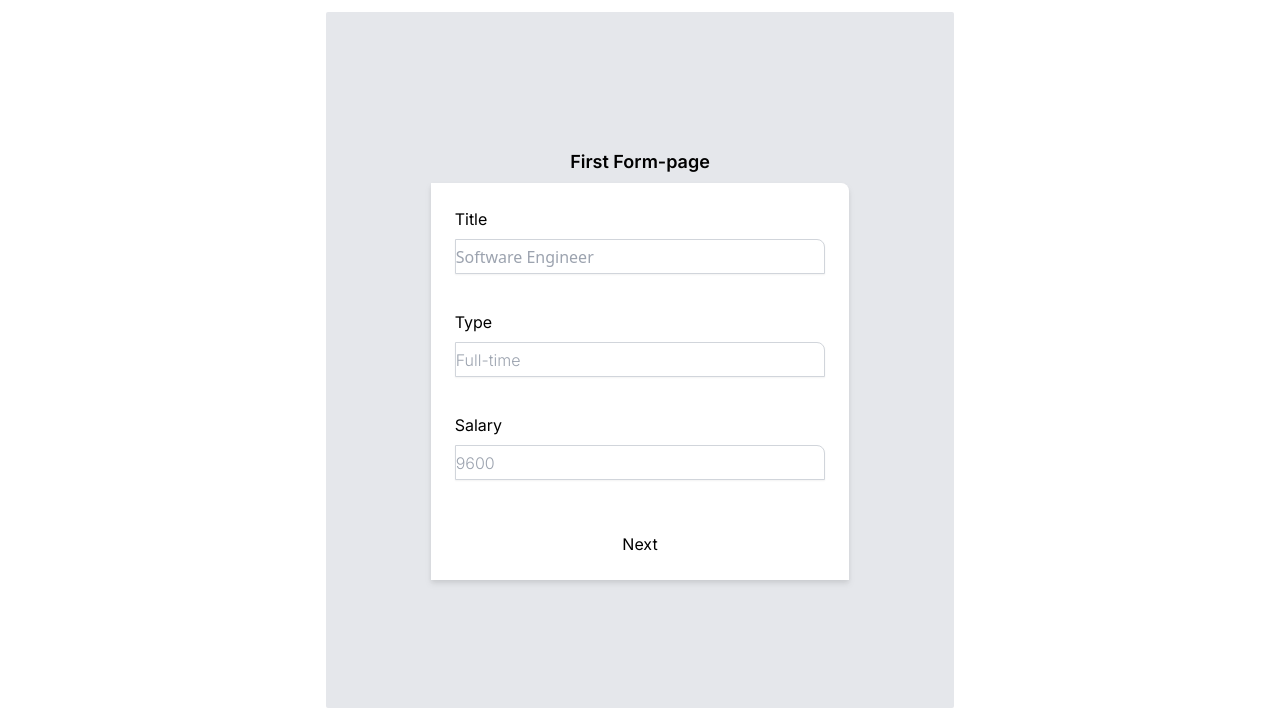
Repository: Abdibaye/Job-Sphere
Page: /form
An editor plug-in stored every save of this project. The page is shown before and after the next save, followed by the edit.
The browser window is 1280 px wide. The pictures show the whole page.
The project was rebuilt for these pictures with package versions that can differ from the ones it lists, and the page was loaded fresh each time. Also part of the build but not shown: vite.config.js, src/components/search.jsx, src/components/navbar.jsx, src/pages/descriptionpage.jsx, src/components/job.jsx, src/components/feed.jsx, src/components/saved.jsx, src/components/filter.jsx and 4 more.

Above is the page before, as saved 2025-02-23 01:18:13.

### index.html
<!doctype html>
<html lang="en">
  <head>
    <meta charset="UTF-8" />
    <link rel="icon" type="image/svg+xml" href="/vite.svg" />

    <link rel="preconnect" href="https://fonts.googleapis.com">
    <link rel="preconnect" href="https://fonts.gstatic.com" crossorigin>
    <link href="https://fonts.googleapis.com/css2?family=Inter:ital,opsz,wght@0,14..32,100..900;1,14..32,100..900&family=Open+Sans:ital,wght@0,300..800;1,300..800&family=Poppins:wght@100;200;300;400;600;700&display=swap" rel="stylesheet">

    <meta name="viewport" content="width=device-width, initial-scale=1.0" />
    <title>Vite + React</title>
  </head>
  <body>
    <div id="root"></div>
    <script type="module" src="/src/main.jsx"></script>
  </body>
</html>

### src/main.jsx
import { StrictMode } from 'react'
import { createRoot } from 'react-dom/client'
import './index.css'
import App from './App.jsx'
import Description from './pages/descriptionpage.jsx'
import HomePage from './pages/homepage.jsx'

createRoot(document.getElementById('root')).render(
  <StrictMode>
    <App />
  </StrictMode>,
)

### src/App.jsx
import Navbar from "./components/navbar";
import Description from "./pages/descriptionpage";
import HomePage from "./pages/homepage";
import LoginPage from "./pages/loginpage";
import SignUp from "./pages/Signup";
import { BrowserRouter, Routes, Route, Outlet } from "react-router-dom";
import Feed from "./components/feed";
import Forms from "./pages/formpage";

function App() {
  return (
    <BrowserRouter>
      <Routes>
        {/* Default route for login */}
        <Route path="/" element={<LoginPage />} />

        {/* Nested routes under Navbar */}
        <Route path="/navbar" element={<Navbar />}>
          <Route index element={<HomePage    />} /> {/* Default child route */}
          <Route path="description" element={<Description />} /> {/* Relative path */}
        </Route>

        {/* Signup route */}
        <Route path="/signup" element={<SignUp />} />


        <Route path='/form' element = {<Forms />} />
      </Routes>
    </BrowserRouter>
  );
}

export default App;

### src/pages/formpage.jsx
import { BrowserRouter, Routes, Route, Link, Outlet } from "react-router-dom";
import Form from "../components/form";



function Forms(){
    return(
        <>
        <div>
        <Form />
        <Outlet />
        </div>
        </>
    )


}



export default Forms;

### src/components/form.jsx
import { useFormik } from "formik";

const initialValues = {
  title: '',
  type: '',
  salary: ''
}

function Form() {
  const { values, handleBlur, handleChange, handleSubmit } = useFormik({
    initialValues: initialValues,
    onSubmit: (value) => {
      console.log(value);
    }
  });

  console.log("empty:" + values.title);

  return (
    <div className="h-screen font-inter flex justify-center p-3">
      <div className="bg-gray-200 w-1/2 rounded-sm flex flex-col justify-center items-center">
        <h1 className="m-2 font-[600] text-[18px]">First Form-page</h1>
        <form onSubmit={handleSubmit} className="bg-[#fff] w-2/3 h-fit flex flex-col justify-center p-6 rounded-tr-lg drop-shadow-md">
          <label className="mb-2">Title</label>
          <input
            name="title"
            value={values.title}
            onChange={handleChange}
            onBlur={handleBlur}
            className="mb-3 h-[35px] border border-gray-300 rounded-tr-lg shadow-sm focus:outline-none font-sans font-light"
            type="text"
            placeholder="Software Engineer"
          />
          <br></br>
          <label className="mb-2">Type</label>
          <input
            name="type"
            value={values.type}
            onChange={handleChange}
            onBlur={handleBlur}
            className="mb-3 h-[35px] border border-gray-300 rounded-tr-lg shadow-sm focus:outline-none font-light"
            type="text"
            placeholder="Full-time"
          />
          <br></br>
          <label className="mb-2">Salary</label>
          <input
            name="salary"
            value={values.salary}
            onChange={handleChange}
            onBlur={handleBlur}
            className="mb-3 h-[35px] border border-gray-300 rounded-tr-lg shadow-sm focus:outline-none font-light"
            type="text"
            placeholder="9600"
          />
          <br></br>
          <button type="submit" className="mt-4">Next</button>
        </form>
      </div>
    </div>
  );
}

export default Form;

### tailwind.config.js
/** @type {import('tailwindcss').Config} */
export default {
  content: [
    "./index.html",
    "./src/**/*.{js,ts,jsx,tsx}",
  ],
  theme: {
    extend: {
      fontFamily: {
        'inter': ['Inter', 'sans-serif'],
      },
    },
  },
  plugins: [],
}

Loaded but not shown: src/index.css (common file)

After the next save:
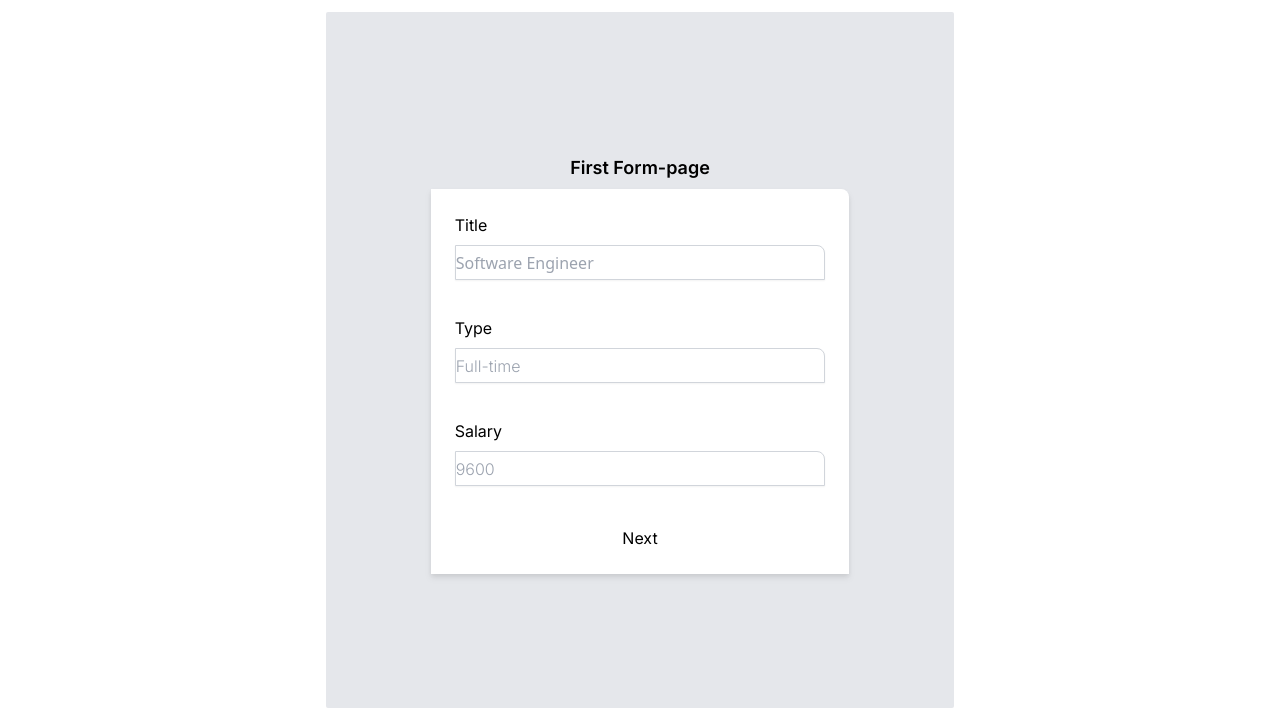
Saved 22 s later.
--- a/src/components/form.jsx
+++ b/src/components/form.jsx
@@ -49,7 +49,7 @@ function Form() {
             value={values.salary}
             onChange={handleChange}
             onBlur={handleBlur}
-            className="mb-3 h-[35px] border border-gray-300 rounded-tr-lg shadow-sm focus:outline-none font-light"
+            className="h-[35px] border border-gray-300 rounded-tr-lg shadow-sm focus:outline-none font-light"
             type="text"
             placeholder="9600"
           />
